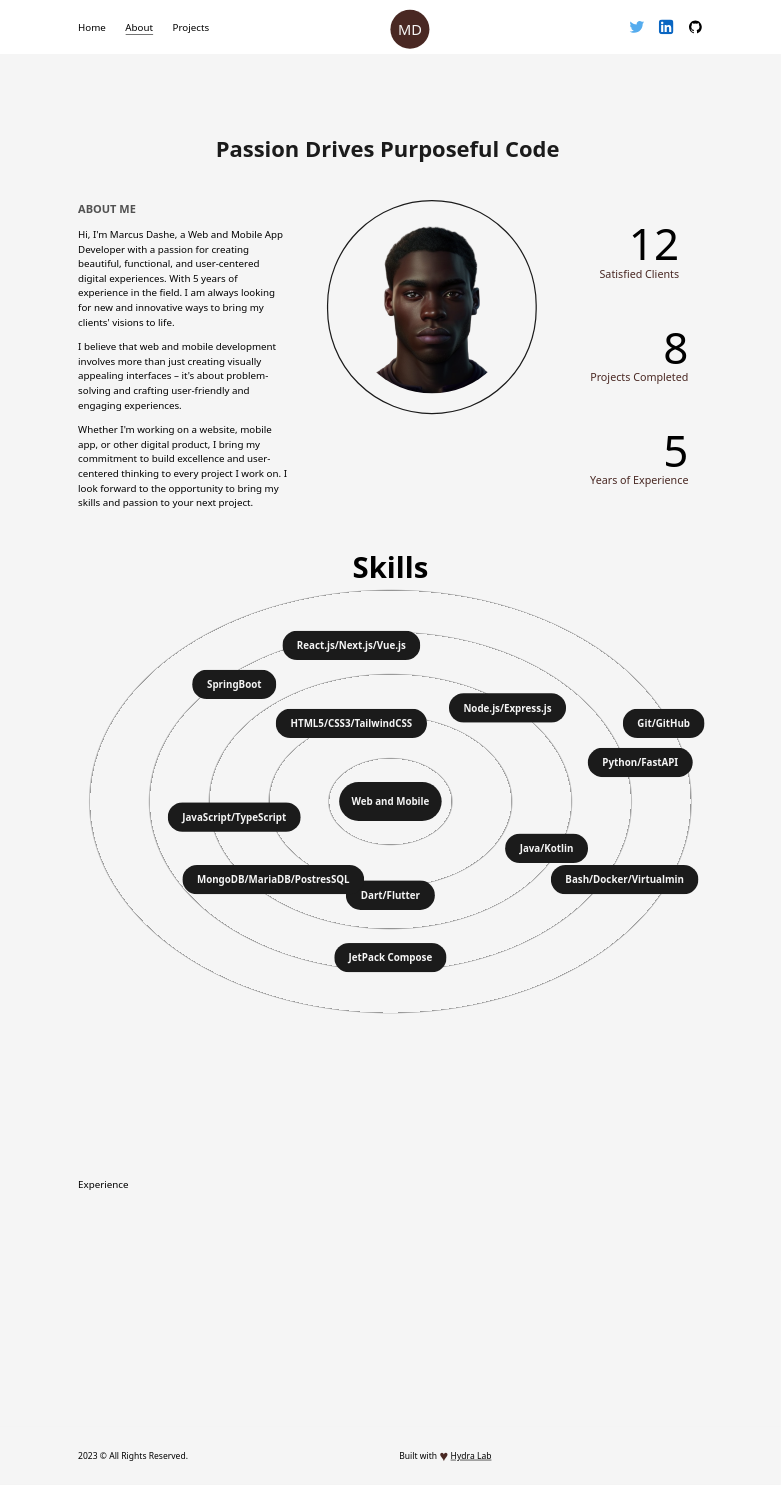
Repository: marcusdashe/situs
Page: /about
An editor plug-in stored every save of this project. The page is shown before and after the next save, followed by the edit.
The browser window is 1280 px wide. The pictures show the whole page, at 61% of full size.
The project was rebuilt for these pictures with package versions that can differ from the ones it lists, and the page was loaded fresh each time. The framework's server and built-in components were replaced by stand-ins that run in the browser.

Above is the page before, as saved 2023-07-23 13:04:50.

### src/pages/_app.js
import Footer from "@/components/Footer";
import Navbar from "@/components/Navbar";
import "@/styles/globals.css";
import Head from "next/head";
// import { IBM_Plex_Sans } from "next/font/google";

// const ibm = IBM_Plex_Sans({
//   subsets: ["latin"],
//   variable: "--font-mont",
// });

export default function App({ Component, pageProps }) {
  return (
    <>
      <Head>
        <meta name="viewport" content="width=device-width, initial-scale=1" />
        <link rel="icon" href="/favicon.ico" />
      </Head>
      <main className={`  bg-light w-full min-h-screen`}>
        <Navbar />
        <Component {...pageProps} />
        <Footer />
      </main>
    </>
  );
}

### src/components/Footer.jsx
import React from "react";
import Layout from "./Layout";
import Link from "next/link";

const Footer = () => {
  return (
    <footer className="w-full border-t-1 border-solid border-primaryDark font-medium text-sm ">
      <Layout className="py-8 flex items-center justify-between">
        <span>{new Date().getFullYear()} &copy; All Rights Reserved.</span>
        <div className="flex items-center">
          Built with{" "}
          <span className="text-primaryDark text-2xl px-1">&hearts;</span>
          <Link href="/" className="underline underline-offset-2">
            Hydra Lab
          </Link>
        </div>
        <Link href="/"></Link>
      </Layout>
    </footer>
  );
};

export default Footer;

### src/components/Navbar.jsx
import React from "react";
import { useRouter } from "next/router";
import Link from "next/link";
import Logo from "./Logo";
import { TwitterIcon, GithubIcon, LinkedInIcon } from "./Icons";
import { motion } from "framer-motion";

const CustomLink = ({ href, title, className = "" }) => {
  const router = useRouter();

  return (
    <Link href={href} className={`${className} relative group`}>
      {title}
      <span
        className={`h-[1px] inline-block bg-dark absolute left-0 -bottom-0.5 group-hover:w-full transition-[width] ease duration-300 ${
          router.asPath === href ? "w-full" : "w-0"
        }`}
      >
        &nbsp;
      </span>
    </Link>
  );
};

const Navbar = () => {
  return (
    <header
      className="w-full px-32 py-8 font-medium
            flex items-center justify-between sticky top-0 z-10 bg-white"
    >
      <nav>
        <CustomLink href="/" title="Home" className="mr-4" />
        <CustomLink href="/about" title="About" className="mx-4" />
        <CustomLink href="/projects" title="Projects" className="mx-4" />
        {/* <CustomLink href="/articles" title="Articles" className="ml-4" /> */}
      </nav>

      <nav className="flex items-center justify-center flex-wrap">
        <motion.a
          href="https://www.twitter.com/marcusdashe"
          target={"_blank"}
          whileHover={{
            y: -2,
          }}
          whileTap={{ scale: 0.9 }}
          className="w-6 mx-3"
        >
          <TwitterIcon className="" />
        </motion.a>
        <motion.a
          href="https://www.linkedin.com/in/marcus-dashe-15a088202"
          target={"_blank"}
          whileHover={{
            y: -2,
          }}
          whileTap={{ scale: 0.9 }}
          className="w-6 mx-3"
        >
          <LinkedInIcon />
        </motion.a>
        <motion.a
          href="https://www.github.com/marcusdashe"
          target={"_blank"}
          whileHover={{
            y: -2,
          }}
          whileTap={{ scale: 0.9 }}
          className="w-6 ml-3"
        >
          <GithubIcon />
        </motion.a>
      </nav>
      <div className="absolute left-[50%] top-2 translate-x-[-50]">
        <Logo />
      </div>
    </header>
  );
};

export default Navbar;

### src/styles/globals.css
@import url("https://fonts.googleapis.com/css2?family=IBM+Plex+Sans:ital,wght@0,100;0,200;0,300;1,100;1,200&family=Inter:wght@300;400;500;600;700;800;900&display=swap");

@tailwind base;
@tailwind components;
@tailwind utilities;

### src/components/AnimatedText.jsx
import React from "react";
import { motion } from "framer-motion";

const quote = {
  initial: {
    opacity: 1,
  },
  animate: {
    opacity: 1,
    transition: {
      delay: 0.5,
      staggerChildren: 0.08,
    },
  },
};

const singleWord = {
  initial: {
    opacity: 0,
    y: 50,
  },
  animate: {
    opacity: 1,
    y: 0,
    transition: {
      duration: 1,
    },
  },
};

const AnimatedText = ({ text, className = "" }) => {
  return (
    <div className="w-full mx-auto py-2 flex items-center justify-center text-center overflow-hidden ">
      <motion.h1
        className={`inline-block w-full text-dark font-bold capitalize text-4xl ${className}`}
        variants={quote}
        initial="initial"
        animate="animate"
      >
        {text.split(" ").map((word, index) => (
          <motion.span
            key={index}
            className="inline-block"
            variants={singleWord}
          >
            {word}&nbsp;
          </motion.span>
        ))}
      </motion.h1>
    </div>
  );
};

export default AnimatedText;

### src/components/Layout.jsx
import React from "react";

const Layout = ({ children, className = "" }) => {
  return (
    <div className={`${className} w-full inline-block z-0 bg-light p-32`}>
      {children}
    </div>
  );
};

export default Layout;

### src/components/Skills.jsx
import React from "react";
import { motion } from "framer-motion";

const Skill = ({ name, x, y }) => {
  return (
    <motion.div
      className="flex items-center justify-center rounded-full font-semibold bg-dark text-light  py-3 px-6 shadow-dark cursor-pointer absolute"
      whileHover={{ scale: 1.05 }}
      initial={{ x: 0, y: 0 }}
      whileInView={{ x: x, y: y }}
      transition={{ duration: 1.5 }}
      viewport={{ once: true }}
    >
      {name}
    </motion.div>
  );
};

const Skills = () => {
  return (
    <>
      <h2 className="font-bold text-5xl mt-[70px] w-full text-center">
        Skills
      </h2>
      <div className="w-full h-screen relative flex items-center justify-center rounded-full bg-circularLight">
        <motion.div
          className="flex items-center justify-center rounded-full font-semibold bg-dark text-light  p-5 shadow-dark cursor-pointer"
          whileHover={{ scale: 1.05 }}
        >
          Web and Mobile
        </motion.div>

        <Skill name="HTML5/CSS3/TailwindCSS" x="-5vw" y="-10vw" />
        <Skill name="JavaScript/TypeScript" x="-20vw" y="2vw" />
        <Skill name="Java/Kotlin" x="20vw" y="6vw" />
        <Skill name="Dart/Flutter" x="0vw" y="12vw" />
        <Skill name="SpringBoot" x="-20vw" y="-15vw" />
        <Skill name="Node.js/Express.js" x="15vw" y="-12vw" />
        <Skill name="React.js/Next.js/Vue.js" x="-5vw" y="-20vw" />
        <Skill name="Python/FastAPI" x="32vw" y="-5vw" />
        <Skill name="JetPack Compose" x="0vw" y="20vw" />
        <Skill name="MongoDB/MariaDB/PostresSQL" x="-15vw" y="10vw" />
        <Skill name="Git/GitHub" x="35vw" y="-10vw" />
        <Skill name="Bash/Docker/Virtualmin" x="30vw" y="10vw" />
      </div>
    </>
  );
};

export default Skills;

### src/components/Experience.jsx
import React from "react";

const Experience = () => {
  return (
    <div className="my-64">
      <h2> Experience</h2>
    </div>
  );
};

export default Experience;

### src/components/Logo.jsx
"use client";

import React from "react";
import Link from "next/link";
import { motion } from "framer-motion";

const MotionLink = motion(Link);

const Logo = () => {
  return (
    <div className="flex items-center justify-center mt-2">
      <MotionLink
        href="/"
        className="w-16 h-16 bg-primaryDark text-light flex items-center
        justify-center rounded-full text-2xl  hover
      "
        whileHover={{
          scale: 1.5,
          backgroundColor: [
            "#121212",
            "rgba(131,58,180,1)",
            "rgba(253,29,29,1)",
            "rgba(252,176,69,1)",
            "rgba(131,58,180,1)",
            "#121212",
          ],
          transition: {
            duration: 1,
            repeat: Infinity,
          },
        }}
      >
        MD
      </MotionLink>
    </div>
  );
};

export default Logo;

Loaded but not shown: src/pages/about.js (122 lines, source omitted); tailwind.config.js (34 lines, source omitted); src/components/Icons.jsx (474 lines, source omitted)

After the next save:
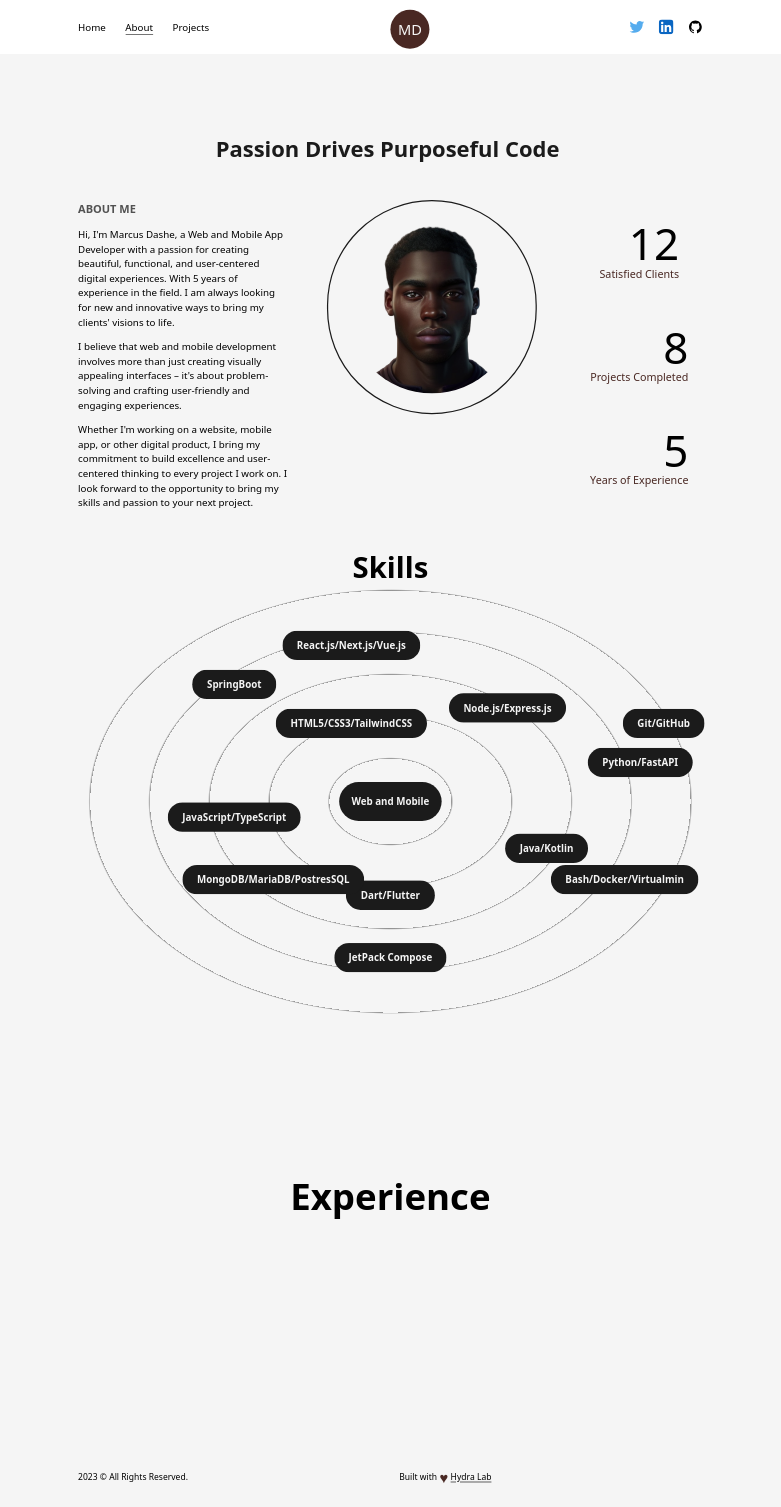
Saved 3 min 50 s later.
--- a/src/components/Experience.jsx
+++ b/src/components/Experience.jsx
@@ -1,9 +1,19 @@
 import React from "react";
+
+const Details = () => {};
 
 const Experience = () => {
   return (
     <div className="my-64">
-      <h2> Experience</h2>
+      <h2 className="font-bold text-6xl mb-32 w-full text-center">
+        {" "}
+        Experience
+      </h2>
+      <div className="w-[75%] mx-auto relative">
+        <ul>
+          <li></li>
+        </ul>
+      </div>
     </div>
   );
 };
